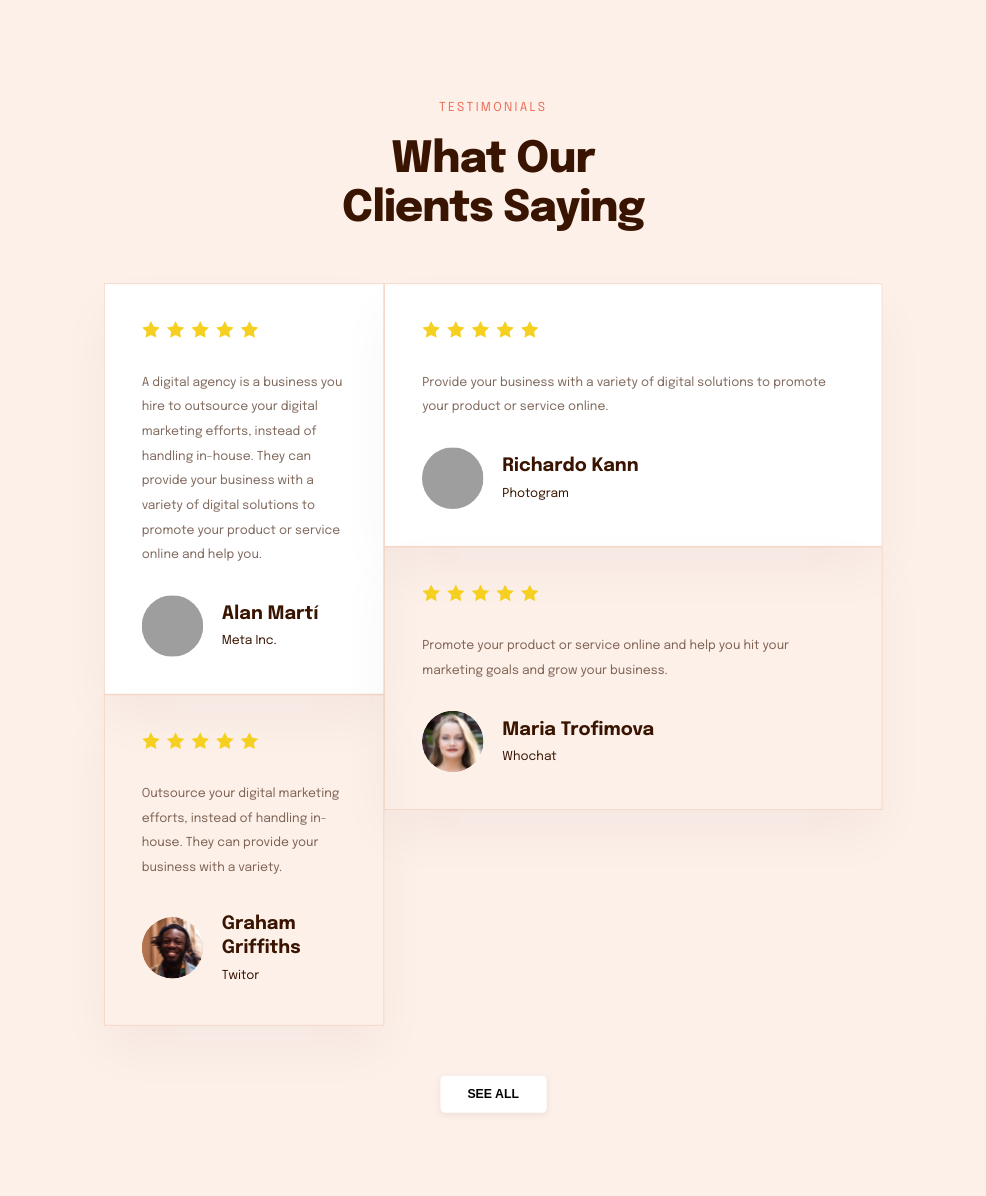
Repository: NatiqSamiyev/image-task
Page: aboutPage/index.html
The author's editor kept a copy of each file at every save. The page is drawn from the files as they stood at one save, then again after the next save.
The browser window is 1280 px wide. The pictures show the whole page, at 77% of full size.
Pictures or frames that could not be fetched are drawn as grey boxes.

Above is the page before, as saved 2023-08-28 15:29:46.

After the next save:
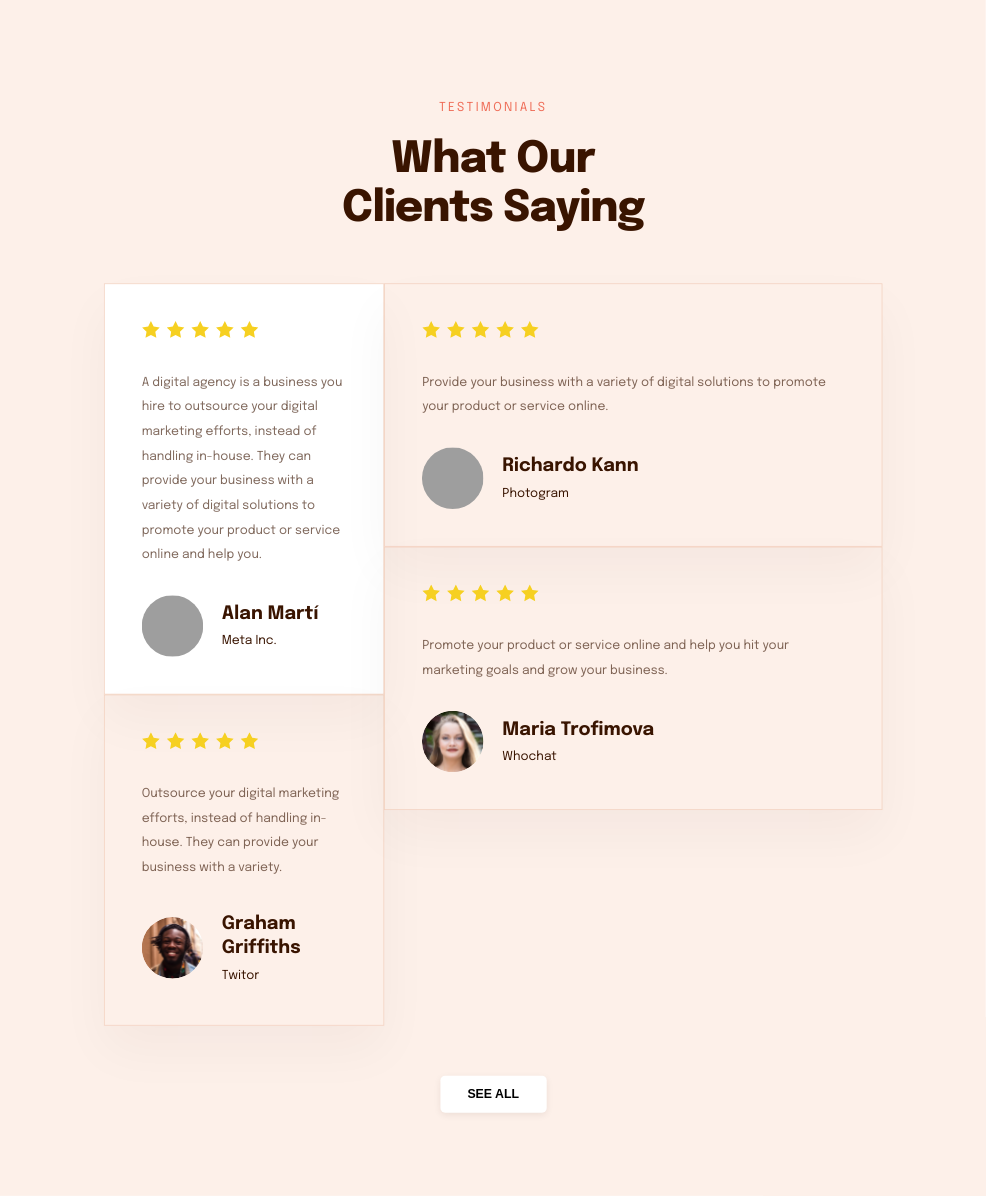
Saved 10 s later.
--- a/aboutPage/index.css
+++ b/aboutPage/index.css
@@ -74,7 +74,7 @@
   border: 1px solid #f3d1bf;
   box-shadow: 0px 32px 64px 0px rgba(57, 20, 0, 0.04);
 }
-.image-box .box:first-child{
+.image-box .left .box:first-child{
   background: #fff;
 }
 .image-box .box .top-box{
